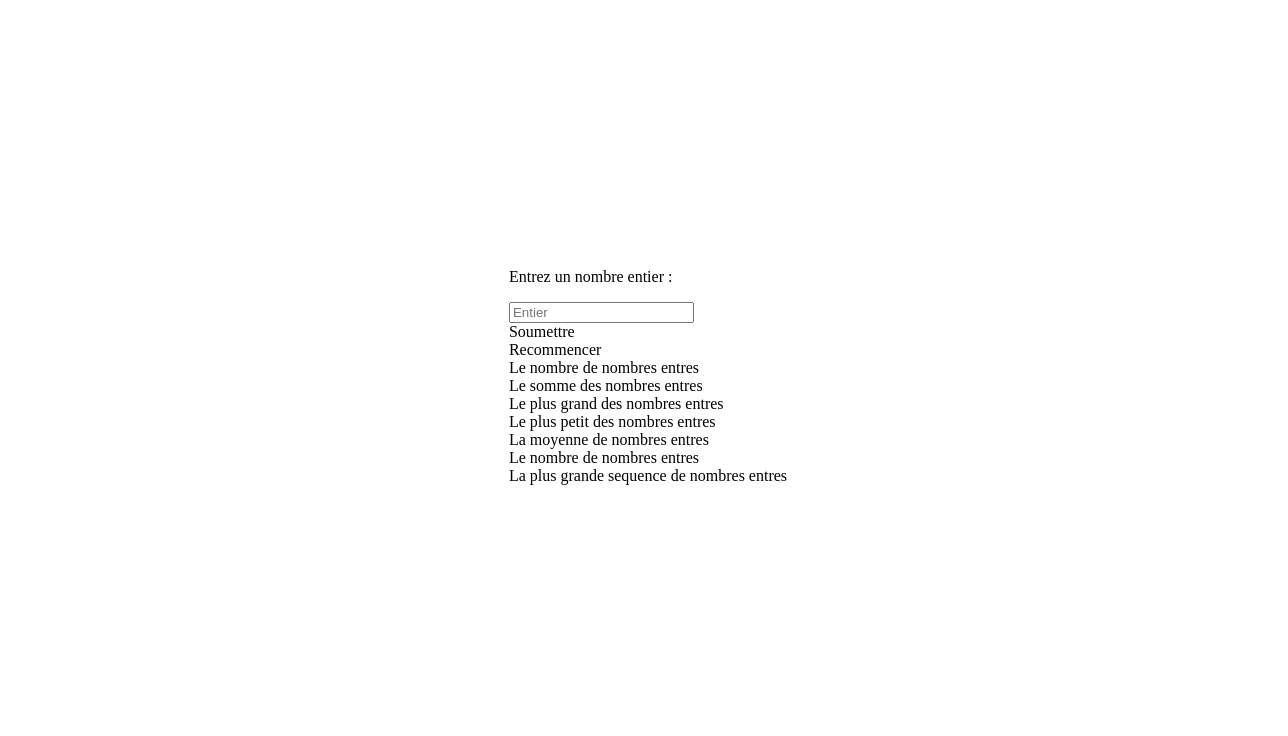
Repository: Thomas088/asbl-proforma
Page: exercices/js/ex-01/index.html
The author's editor kept a copy of each file at every save. The page is drawn from the files as they stood at one save, then again after the next save.
The browser window is 1280 px wide. The page is 1288 px wide, so the pictures cover 1288 px, including what lies to the right of the window. The pictures show the whole page.

Above is the page before, as saved 2020-03-20 01:46:09.

### exercices/js/ex-01/index.html
<!DOCTYPE html>
<html lang="en">
<head>
    <meta charset="UTF-8">
    <meta name="viewport" content="width=device-width, initial-scale=1.0">
    <link rel="stylesheet" href="./style.css">
    <title>Numbers</title>
</head>
<body>

    <div class="tableau">
        <div class="entry-user">
            <p>Entrez un nombre entier :</p>
            <input type="number" name="entry" class="user-entry" placeholder="Entier">
            <div class="submit-number">Soumettre</div>
            <div class="restart">Recommencer</div>
        </div>

        <div class="total-entries">
            <span>Le nombre de nombres entres</span>
            <div class="result"></div>
        </div>

        <div class="sum-entries">
            <span>Le somme des nombres entres</span>
            <div class="sum-entries-result"></div>
        </div>

        <div class="max-entries">
            <span>Le plus grand des nombres entres</span>
            <div class="max-entries-result"></div>
        </div>

        <div class="min-entries">
            <span>Le plus petit des nombres entres</span>
            <div class="result"></div>
        </div>

        <div class="avarage-entries">
            <span>La moyenne de nombres entres</span>
            <div class="min-entries-result"></div>
        </div>

        <div class="list-of-entries">
            <span>Le nombre de nombres entres</span>
            <div class="list-of-entries-result"></div>
        </div>

        <div class="sequence-entries">
            <span>La plus grande sequence de nombres entres</span>
            <div class="sequence-entriesresult"></div>
        </div>

    </div>

    <script src="./index.js"></script>
</body>
</html>

### exercices/js/ex-01/style.css
body {
    width: 100vw;
    height: 100vh;
    display: flex;
    justify-content: center;
    align-items: center;
}

### exercices/js/ex-01/index.js
window.addEventListener("DOMContentLoaded", function () {



})

After the next save:
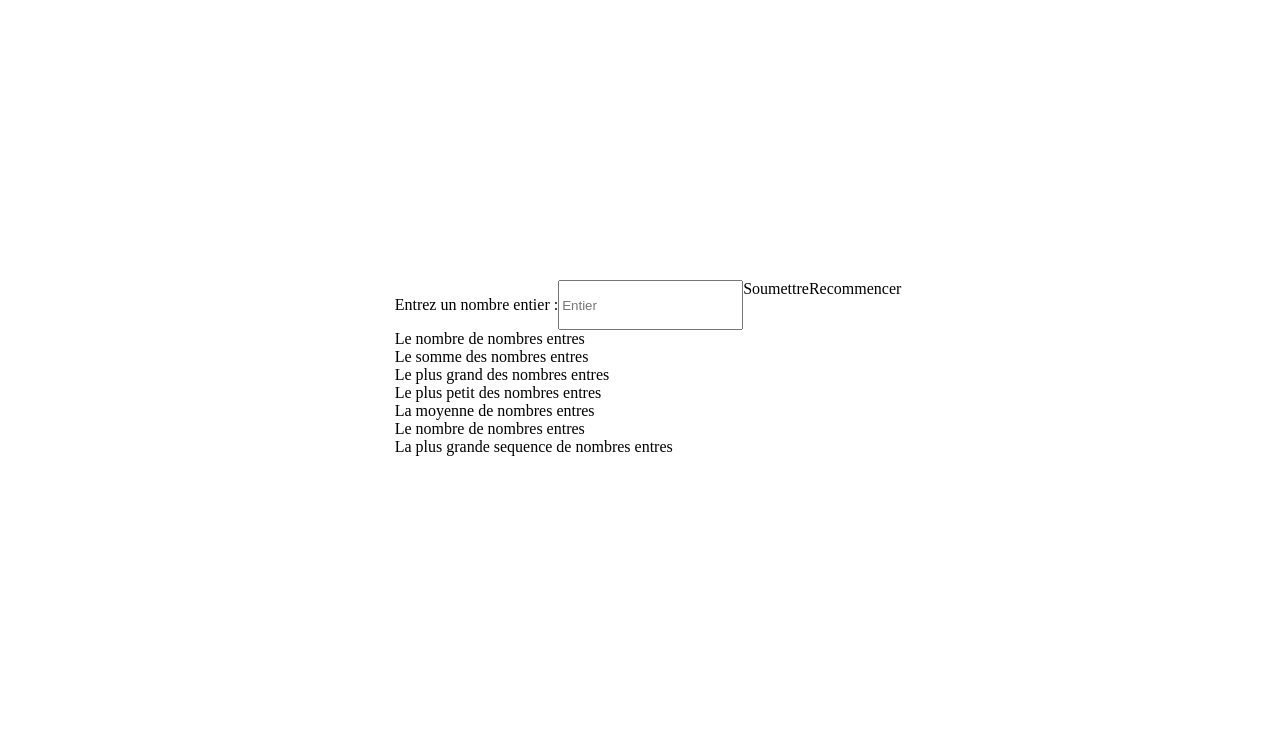
Saved 45 s later.
--- a/exercices/js/ex-01/style.css
+++ b/exercices/js/ex-01/style.css
@@ -5,3 +5,7 @@ body {
     justify-content: center;
     align-items: center;
 }
+
+.entry-user {
+    display: flex;
+}
